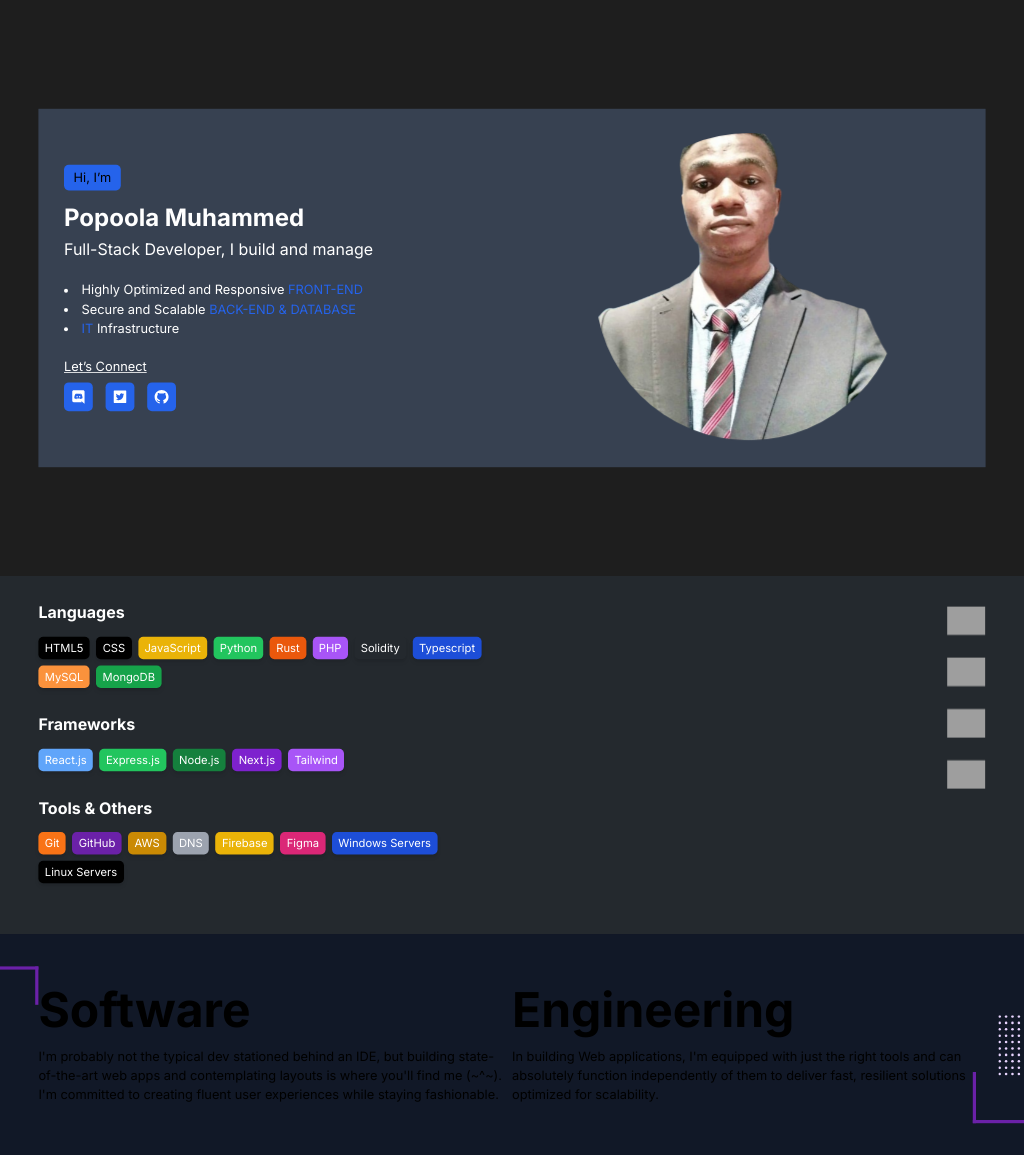
Repository: muhammedctgr/hammedctgr
Page: /
These files come from the project's save history. The page is drawn as it stood at one moment and after the next save; the edit follows.
The browser window is 1280 px wide. The pictures show the whole page, at 80% of full size.
Pictures or frames that could not be fetched are drawn as grey boxes. The project was rebuilt for these pictures with package versions that can differ from the ones it lists, and the page was loaded fresh each time. The framework's server and built-in components were replaced by stand-ins that run in the browser. Also part of the build but not shown: next.config.mjs.

Above is the page before, as saved 2024-08-04 21:44:21.

### app/layout.tsx
import type { Metadata } from "next";
import { Inter } from "next/font/google";
import "./globals.css";

const inter = Inter({ subsets: ["latin"] });

export const metadata: Metadata = {
  title: "Popoola Muhammed",
  description: "Generated by create next app",
};

export default function RootLayout({
  children,
}: Readonly<{
  children: React.ReactNode;
}>) {
  return (
    <html lang="en">
      <body className={inter.className}>{children}</body>
    </html>
  );
}

### app/page.tsx
import Head from 'next/head';
import Hero from '../components/Hero';
import SkillsSection from '@/components/SkillsSection';
import SummarySection from '@/components/SummarySection';


const Home = () => (
  <div>
    <Head>
      <title>Popoola Muhammed</title>
      <meta name="description" content="Welcome to my developer portfolio" />
    </Head>

    <Hero />
    <SkillsSection />
    <SummarySection />
  </div>
);

export default Home;

### app/globals.css
@tailwind base;
@tailwind components;
@tailwind utilities;

:root {
  --foreground-rgb: 0, 0, 0;
  --background-start-rgb: 214, 219, 220;
  --background-end-rgb: 255, 255, 255;
}

@media (prefers-color-scheme: dark) {
  :root {
    --foreground-rgb: 255, 255, 255;
    --background-start-rgb: 0, 0, 0;
    --background-end-rgb: 0, 0, 0;
  }
}

body {
  color: rgb(var(--foreground-rgb));
  background: linear-gradient(
      to bottom,
      transparent,
      rgb(var(--background-end-rgb))
    )
    rgb(var(--background-start-rgb));
}

@layer utilities {
  .text-balance {
    text-wrap: balance;
  }
}


@keyframes upDown {
  0%, 100% {
    transform: translateY(0);
  }
  50% {
    transform: translateY(-10px); /* Adjust the value as needed */
  }
}

.animate-upDown {
  animation: upDown 2s infinite ease-in-out; /* Adjust duration as needed */
}

### components/Hero.tsx
import Image from 'next/image';
import profilePic from '../public/profile.png';
import { AiFillDiscord, AiFillGithub, AiFillTwitterSquare, AiFillX } from 'react-icons/ai';

const Hero = () => {
  return (
    <section className="bg-gptGray px-4 py-8 md:px-8 lg:px-12 text-white min-h-screen flex items-center">
  <div className="container bg-gray-700 mx-auto flex flex-col md:flex-row items-center">
    <div className="flex-1 text-left p-4 md:p-8">
      <div className="inline-block bg-blue-600 text-black py-1 px-3 mb-4 rounded-md">
        Hi, I’m
      </div>
      <div className="mb-6">
        <h1 className="text-xl md:text-3xl font-bold">Popoola Muhammed</h1>
        <p className="mt-2 text-lg md:text-xl">Full-Stack Developer, I build and manage</p>
      </div>
      <ul className="mt-4 list-disc list-inside">
        <li>Highly Optimized and Responsive <span className="text-blue-600">FRONT-END</span></li>
        <li>Secure and Scalable <span className="text-blue-600">BACK-END & DATABASE</span></li>
        <li><span className="text-blue-600">IT</span> Infrastructure</li>
      </ul>
      <div className="mt-6">
        <a href="#contact" className="underline">Let’s Connect</a>
        <div className="mt-2 flex justify-start space-x-4">
          <a href="#" className="bg-blue-600 p-2 rounded-md">
            <AiFillDiscord size={20} />
          </a>
          <a href="#" className="bg-blue-600 p-2 rounded-md">
            <AiFillTwitterSquare size={20} />
          </a>
          <a href="#" className="bg-blue-600 p-2 rounded-md">
            <AiFillGithub size={20} />
          </a>
        </div>
      </div>
    </div>
    <div className="flex-1 p-4 md:p-8">
      <div className="relative w-40 h-40 md:w-72 md:h-72 lg:w-96 lg:h-96 mx-auto">
        <Image src={profilePic} alt="Popoola Muhammed" layout="fill" className="rounded-full object-cover animate-upDown" />
      </div>
    </div>
  </div>
</section>
  );
};

export default Hero;

### components/SkillsSection.tsx
import Image from 'next/image';
import { FC } from 'react';

interface SkillCategory {
  title: string;
  skills: { name: string; color: string; }[];
}

const skills: SkillCategory[] = [
  {
    title: "Languages",
    skills: [
      { name: "HTML5", color: "bg-black" },
      { name: "CSS", color: "bg-black"},
      { name: "JavaScript", color: "bg-yellow-500" },
      { name: "Python", color: "bg-green-500" },
      { name: "Rust", color: "bg-orange-600" },
      { name: "PHP", color: "bg-purple-500" },
      { name: "Solidity", color: "bg-black-500" },
      { name: "Typescript", color: "bg-blue-700" },
      { name: "MySQL", color: "bg-orange-400" },
      { name: "MongoDB", color: "bg-green-600" },
    ],
  },
  {
    title: "Frameworks",
    skills: [
      { name: "React.js", color: "bg-blue-400" },
      { name: "Express.js", color: "bg-green-500" },
      { name: "Node.js", color: "bg-green-700" },
      { name: "Next.js", color: "bg-purple-700" },
      { name: "Tailwind", color: "bg-purple-500" },
    ],
  },
  {
    title: "Tools & Others",
    skills: [
      { name: "Git", color: "bg-orange-500" },
      { name: "GitHub", color: "bg-purple-800" },
      { name: "AWS", color: "bg-yellow-600" },
      { name: "DNS", color: "bg-gray-400" },
      { name: "Firebase", color: "bg-yellow-500" },
      { name: "Figma", color: "bg-pink-600" },
      { name: "Windows Servers", color: "bg-blue-700" },
      { name: "Linux Servers", color: "bg-black" },
    ],
  },
];

const icons = [
  "/icons/html5.svg", // Replace with your icon paths
  "/icons/css3.svg",
  "/icons/javascript.svg",
  "/icons/python.svg",
  // Add the rest of the icons as needed
];

const SkillsSection: FC = () => {
  return (
    <section className="px-4 py-8 md:px-8 lg:px-12 bg-githubGray text-white">
  <div className="container mx-auto flex flex-col md:flex-row items-start">
    <div className="flex-1 mb-8 md:mb-0">
      {skills.map((category) => (
        <div key={category.title} className="mb-8">
          <h2 className="text-lg md:text-xl font-bold mb-4">{category.title}</h2>
          <div className="flex flex-wrap gap-2">
            {category.skills.map((skill) => (
              <span
                key={skill.name}
                className={`px-2 py-1 rounded-md text-sm ${skill.color} shadow-md`}
              >
                {skill.name}
              </span>
            ))}
          </div>
        </div>
      ))}
    </div>
    <div className="flex-1 flex flex-col items-center md:items-end">
      <div className="grid grid-cols-3 md:grid-cols-1 gap-4">
        {icons.map((src, index) => (
          <div key={index} className="w-10 h-10 md:w-12 md:h-12 relative">
            <Image src={src} alt={`icon-${index}`} layout="fill" objectFit="contain" />
          </div>
        ))}
      </div>
    </div>
  </div>
</section>
  );
};

export default SkillsSection;

### components/SummarySection.tsx
import { FC } from 'react';

const SummarySection: FC = () => {
  return (
<section className="px-4 py-16 md:px-8 lg:px-12 bg-gray-900 relative overflow-hidden">
  <div className="container mx-auto flex flex-col md:flex-row justify-between items-start">
    <div className="md:w-1/2 mb-8 md:mb-0">
      <div className="mb-4">
        <span className="text-4xl md:text-6xl font-bold">Software</span>
      </div>
      <p className="text-sm md:text-base">
        I'm probably not the typical dev stationed behind an IDE, but building state-of-the-art web apps and contemplating layouts is where you'll find me (~^~). I'm committed to creating fluent user experiences while staying fashionable.
      </p>
    </div>
    <div className="md:w-1/2 md:mt-0">
      <div className="mb-4">
        <span className="text-4xl md:text-6xl font-bold">Engineering</span>
      </div>
      <p className="text-sm md:text-base">
        In building Web applications, I'm equipped with just the right tools and can absolutely function independently of them to deliver fast, resilient solutions optimized for scalability.
      </p>
    </div>
  </div>

  {/* Decorative Elements */}
  <div className="absolute top-10 left-0 w-8 h-8 md:w-12 md:h-12 border-t-4 border-r-4 border-purple-800"></div>
  <div className="absolute bottom-10 right-0 w-12 h-12 md:w-16 md:h-16 border-b-4 border-l-4 border-purple-800"></div>
  <div className="absolute top-1/4 right-0 transform translate-x-4 translate-y-4 md:translate-x-12 md:translate-y-8">
    <svg className="fill-current text-purple-200" width="80" height="80" viewBox="0 0 100 100">
      {/* SVG circles */}
      {[...Array(10)].map((_, row) => (
        <g key={row} transform={`translate(0, ${row * 10})`}>
          {[...Array(10)].map((_, col) => (
            <circle key={col} cx={col * 10 + 2} cy="2" r="2" />
          ))}
        </g>
      ))}
    </svg>
  </div>
</section>
  );
};

export default SummarySection;

### tailwind.config.ts
import type { Config } from "tailwindcss";

const config: Config = {
  content: [
    "./pages/**/*.{js,ts,jsx,tsx,mdx}",
    "./components/**/*.{js,ts,jsx,tsx,mdx}",
    "./app/**/*.{js,ts,jsx,tsx,mdx}",
  ],
  theme: {
    extend: {
      backgroundImage: {
        "gradient-radial": "radial-gradient(var(--tw-gradient-stops))",
        "gradient-conic":
          "conic-gradient(from 180deg at 50% 50%, var(--tw-gradient-stops))",
      },
      colors: {
        githubGray: '#24292e',
        gptGray: '#1e1e1e' // Define the exact color
      },
    },
  },
  plugins: [],
};
export default config;

After the next save:
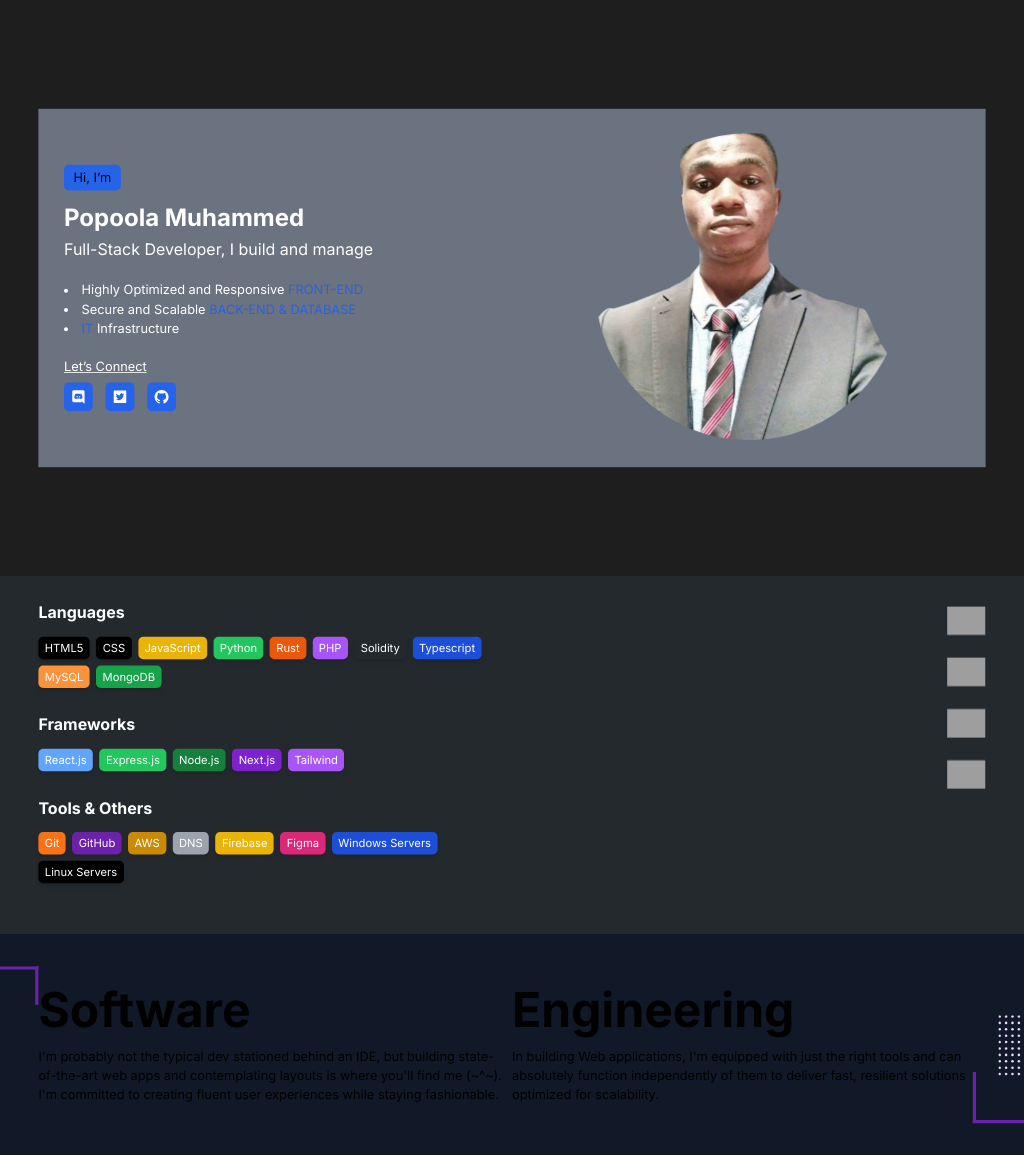
Saved 5 s later.
--- a/components/Hero.tsx
+++ b/components/Hero.tsx
@@ -5,7 +5,7 @@ import { AiFillDiscord, AiFillGithub, AiFillTwitterSquare, AiFillX } from 'react
 const Hero = () => {
   return (
     <section className="bg-gptGray px-4 py-8 md:px-8 lg:px-12 text-white min-h-screen flex items-center">
-  <div className="container bg-gray-700 mx-auto flex flex-col md:flex-row items-center">
+  <div className="container bg-gray-500 mx-auto flex flex-col md:flex-row items-center">
     <div className="flex-1 text-left p-4 md:p-8">
       <div className="inline-block bg-blue-600 text-black py-1 px-3 mb-4 rounded-md">
         Hi, I’m

After the 3 saves that followed:
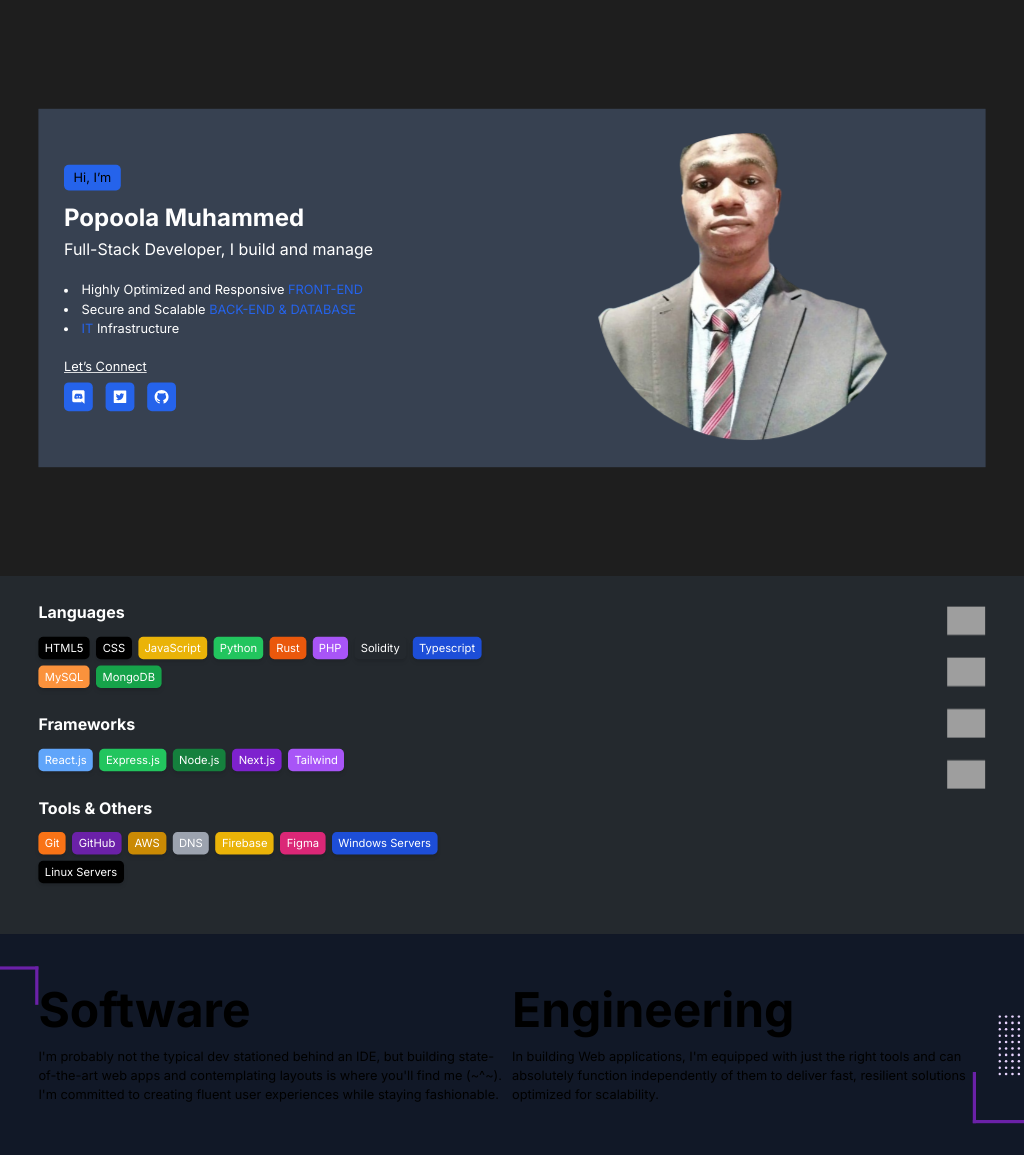
The 3 saves are shown as one change because they came seconds apart.
The last was saved 9 s later.
--- a/components/Hero.tsx
+++ b/components/Hero.tsx
@@ -5,7 +5,7 @@ import { AiFillDiscord, AiFillGithub, AiFillTwitterSquare, AiFillX } from 'react
 const Hero = () => {
   return (
     <section className="bg-gptGray px-4 py-8 md:px-8 lg:px-12 text-white min-h-screen flex items-center">
-  <div className="container bg-gray-500 mx-auto flex flex-col md:flex-row items-center">
+  <div className="container bg-gray-700 mx-auto flex flex-col md:flex-row items-center">
     <div className="flex-1 text-left p-4 md:p-8">
       <div className="inline-block bg-blue-600 text-black py-1 px-3 mb-4 rounded-md">
         Hi, I’m
